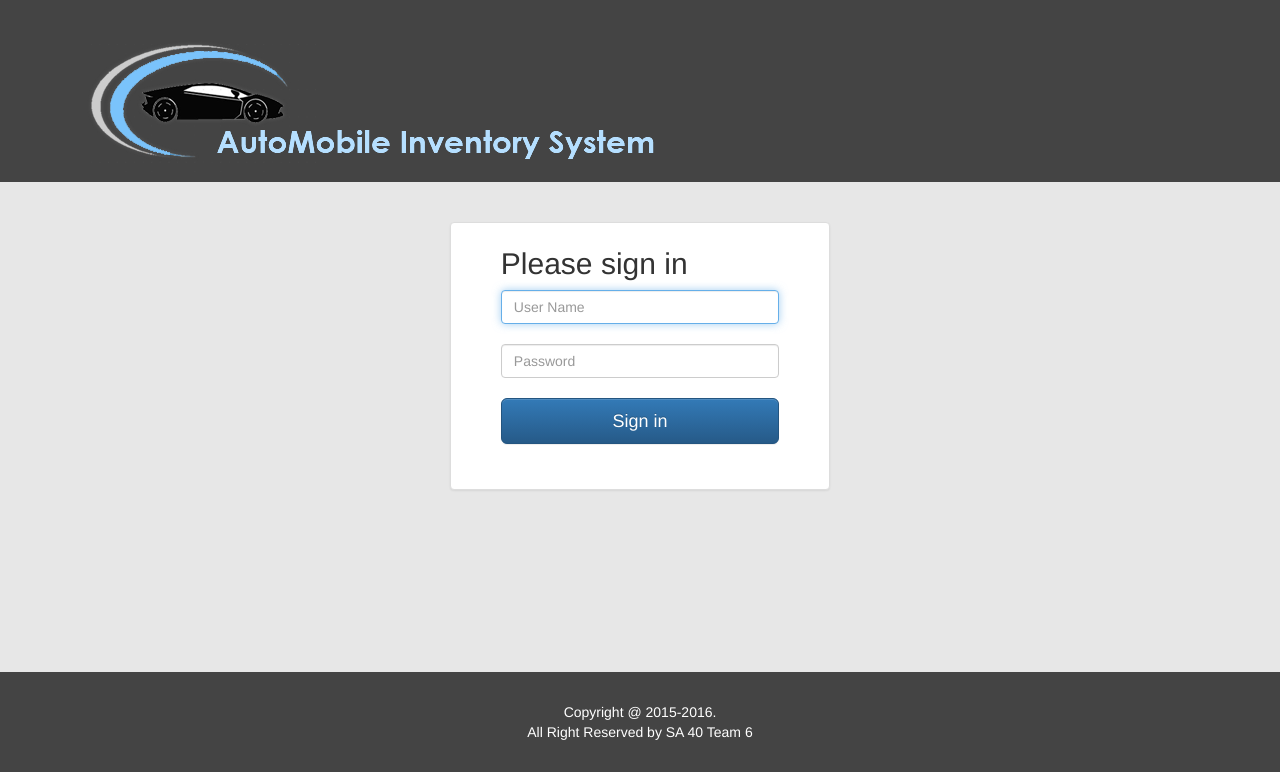
Repository: JiorMajor/InventorySystemWorkspace
Page: http://localhost/InventoryWebSA40Team6/ShowLogin
An editor plug-in stored every save of this project. The page is shown before and after the next save, followed by the edit.
The browser window is 1280 px wide. The pictures show the whole page.
The page is served by Tomcat 9.

Above is the page before, as saved 2015-06-12 17:50:39.

After the next save:
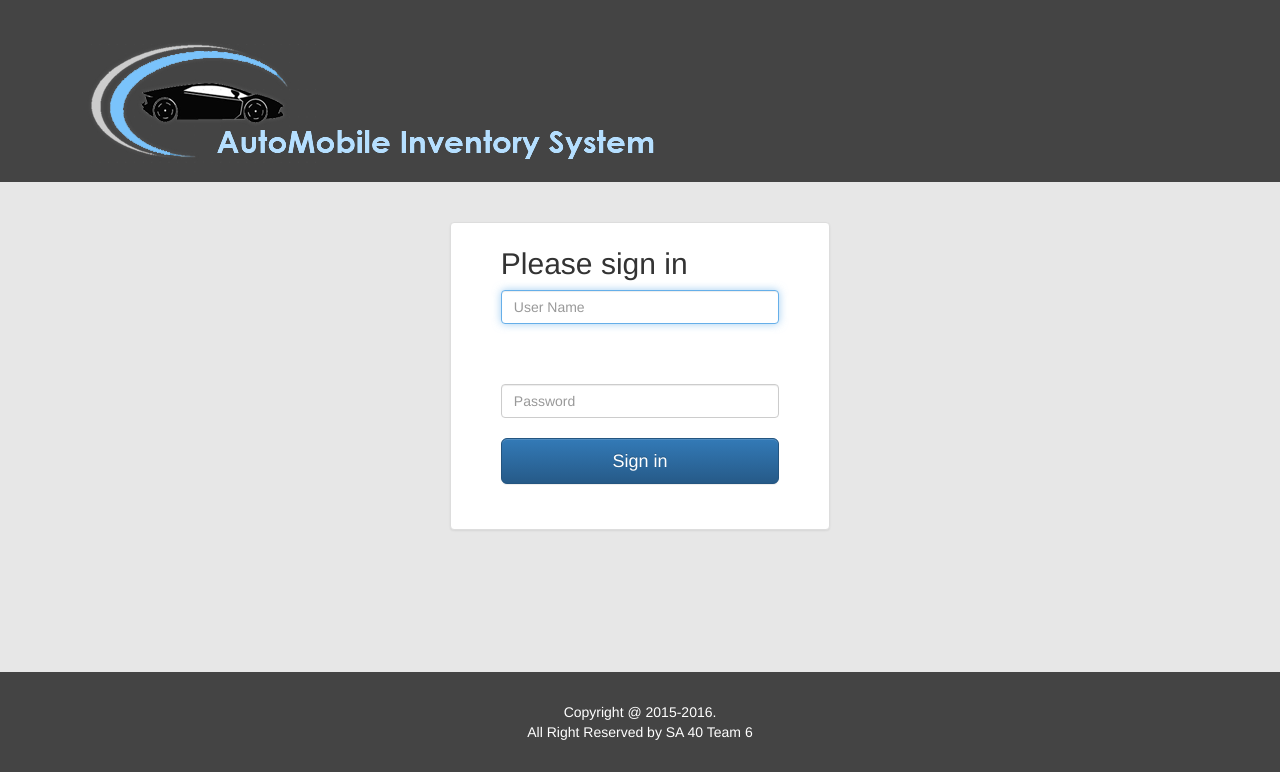
Saved 10 s later.
--- a/InventoryWebSA40Team6/WebContent/index.jsp
+++ b/InventoryWebSA40Team6/WebContent/index.jsp
@@ -47,7 +47,7 @@
 		</c:if>
         <label for="inputEmail" class="sr-only">Email address</label>
         <input type="text" id="inputEmail" class="form-control" placeholder="User Name" name="name" required autofocus>
-        <br>
+        <br><br><br>
         <label for="inputPassword" class="sr-only">Password</label>
         <input type="password" id="inputPassword" class="form-control" placeholder="Password" name="password" required>
         <br>

After the save that followed:
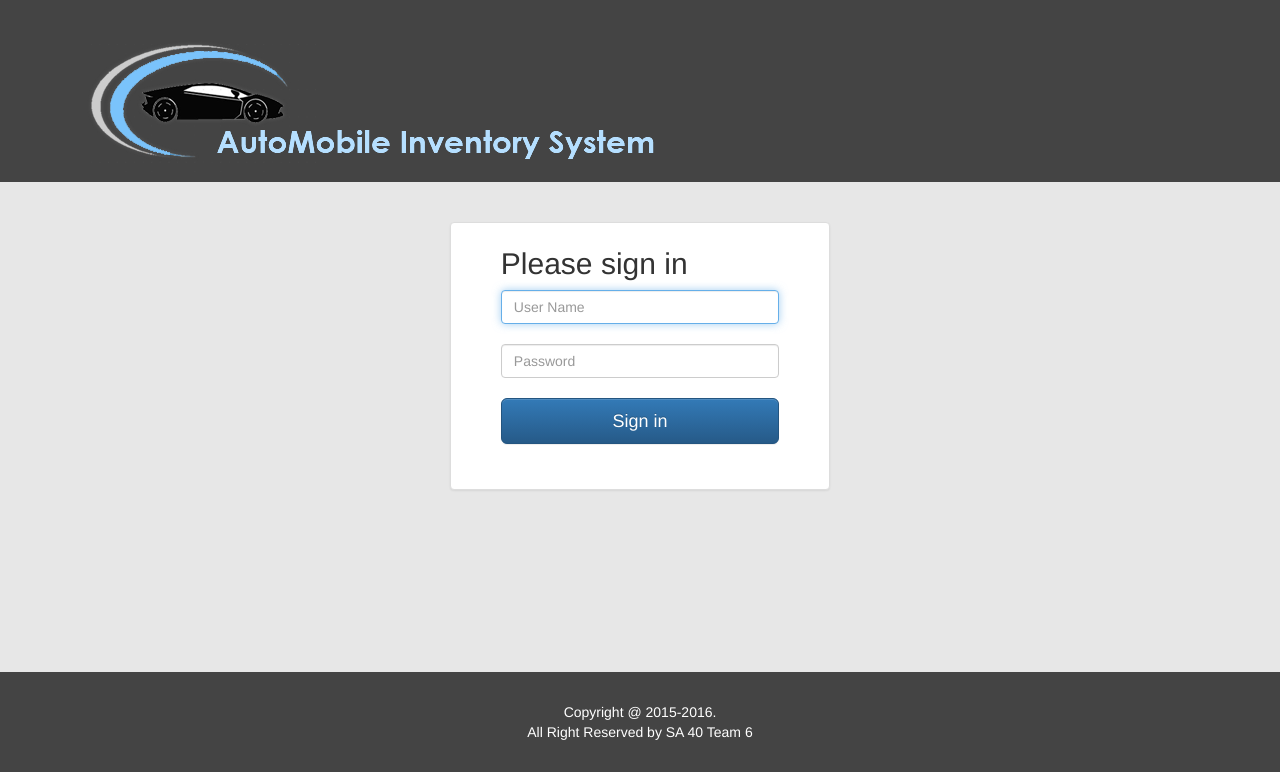
Saved 6 s later.
--- a/InventoryWebSA40Team6/WebContent/index.jsp
+++ b/InventoryWebSA40Team6/WebContent/index.jsp
@@ -47,7 +47,7 @@
 		</c:if>
         <label for="inputEmail" class="sr-only">Email address</label>
         <input type="text" id="inputEmail" class="form-control" placeholder="User Name" name="name" required autofocus>
-        <br><br><br>
+        <br>
         <label for="inputPassword" class="sr-only">Password</label>
         <input type="password" id="inputPassword" class="form-control" placeholder="Password" name="password" required>
         <br>
